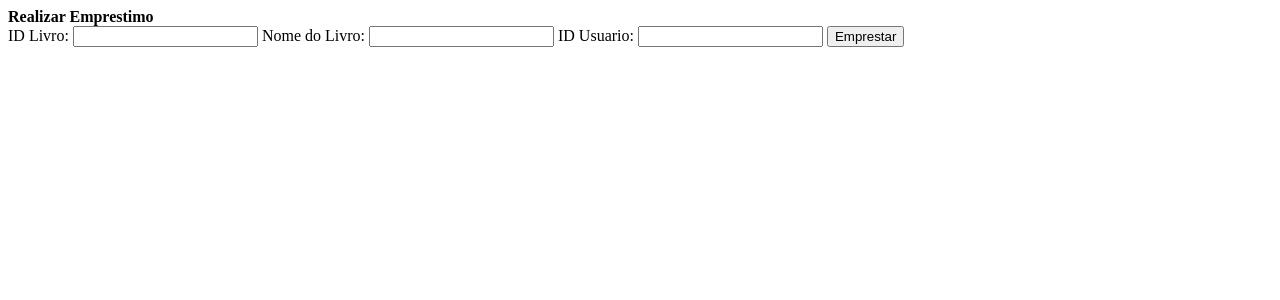
Repository: lmsmorais/ProjectEpiousion
Page: http://localhost/LibraryProject/realizarEmprestimo.jsp
The author's editor kept a copy of each file at every save. The page is drawn from the files as they stood at one save, then again after the next save.
The browser window is 1280 px wide. The pictures show the whole page.
The page is served by Tomcat 9.

Above is the page before, as saved 2020-11-12 16:27:18.

After the next save:
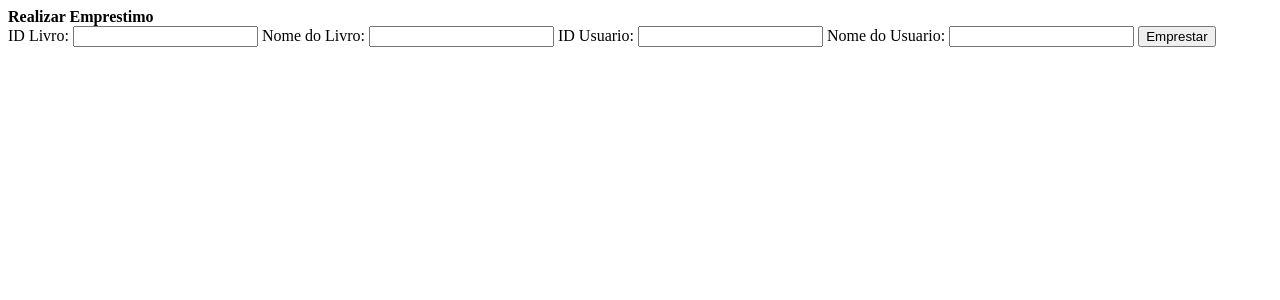
Saved 97 s later.
--- a/LibraryProject/WebContent/realizarEmprestimo.jsp
+++ b/LibraryProject/WebContent/realizarEmprestimo.jsp
@@ -10,8 +10,9 @@
 	<strong>Realizar Emprestimo</strong>
 	<form method="post" action="EmprestimoServlet">
 			ID Livro: <input type="text" name="idLivro"/>
-			Nome do Livro: <input type="text" name="idLivro"/>
+			Nome do Livro: <input type="text" name="nomeLivro"/>
 			ID Usuario: <input type="text" name="idUsuario"/>
+			Nome do Usuario: <input type="text" name="nomeUsuario"/>
 			<input type="submit" value="Emprestar"/>
 		</form>
 </body>
